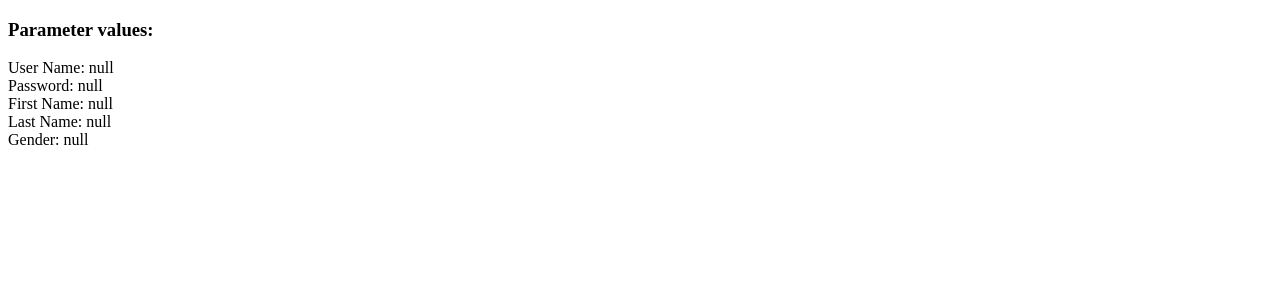
Repository: hoangkhanh2208/Jsp-Servlet-JDBC-Learn
Page: http://localhost/JspTutorial/demo/formProcessing.jsp
These files come from the project's save history. The page is drawn as it stood at one moment and after the next save; the edit follows.
The browser window is 1280 px wide. The pictures show the whole page.
The page is served by Tomcat 9. Other server files are loaded and not shown.

Above is the page before, as saved 2021-05-20 09:58:53.

### JspTutorial/src/main/webapp/demo/formProcessing.jsp
<%@ page language="java" contentType="text/html; charset=ISO-8859-1"
	pageEncoding="ISO-8859-1"%>
<!DOCTYPE html>
<html>
<head>
<meta charset="ISO-8859-1">
<title>Insert title here</title>
</head>
<body>
	<h3>Parameter values:</h3>
	<%
	String userName = request.getParameter("userName");
	String password = request.getParameter("password");
	String firstName = request.getParameter("firstName");
	String lastName = request.getParameter("lastName");
	String gender = request.getParameter("gender");
	String addresses = request.getParameter("address");
	%>

	User Name:
	<%=userName%>
	<br> Password:
	<%=password%>
	<br> First Name:
	<%=firstName%>
	<br> Last Name:
	<%=lastName%>
	<br> Gender:
	<%=gender%>
	<br>
</body>
</html>

After the next save:
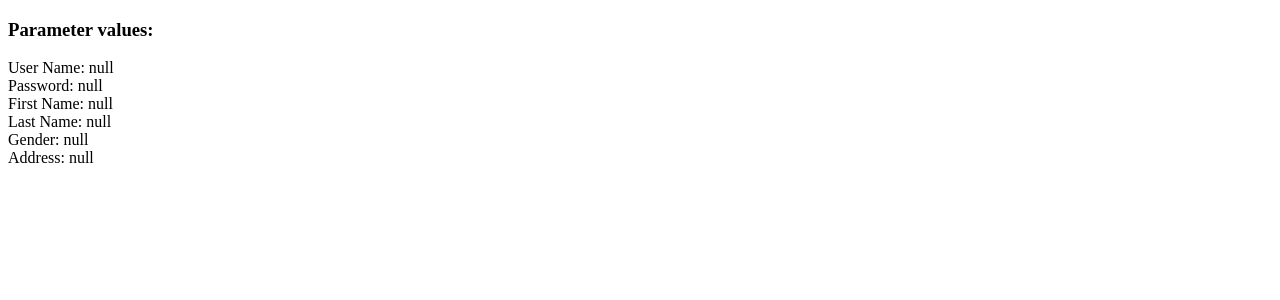
Saved 37 s later.
--- a/JspTutorial/src/main/webapp/demo/formProcessing.jsp
+++ b/JspTutorial/src/main/webapp/demo/formProcessing.jsp
@@ -27,6 +27,8 @@
 	<%=lastName%>
 	<br> Gender:
 	<%=gender%>
-	<br>
+	<br> Address:
+	<%=addresses%>
+
 </body>
 </html>
